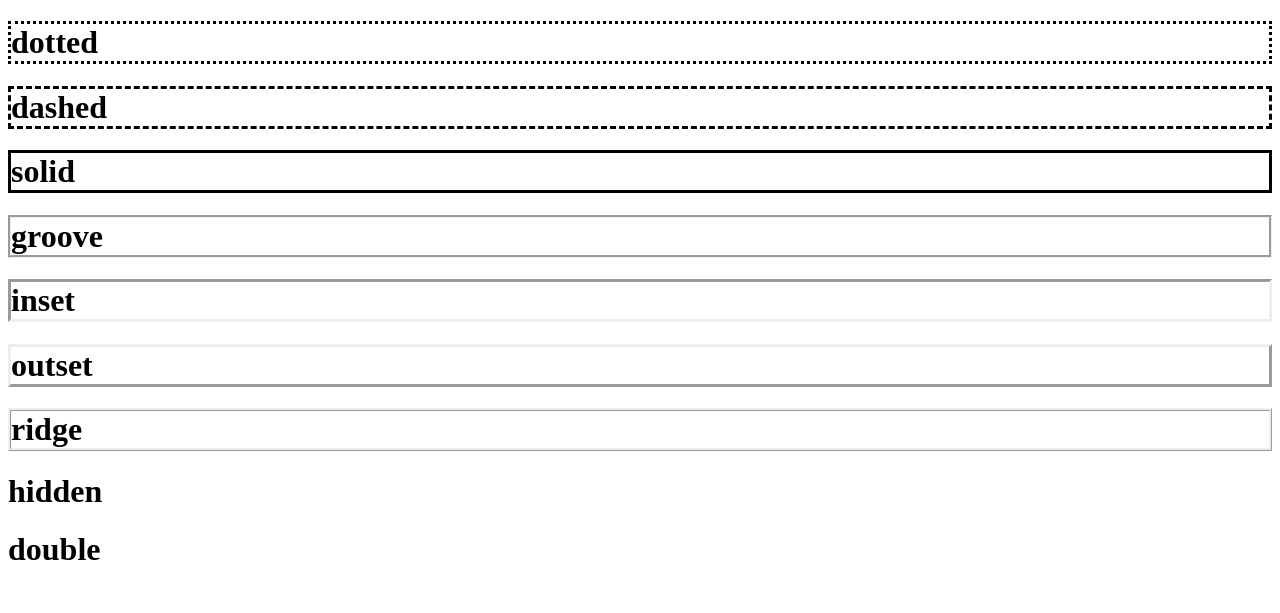
Repository: KimHeonSeung/TJE_HTML
Page: sources/day_04/WebContent/border_style.html
These files come from the project's save history. The page is drawn as it stood at one moment and after the next save; the edit follows.
The browser window is 1280 px wide. The pictures show the whole page.

Above is the page before, as saved 2019-05-15 01:21:35.

### sources/day_04/WebContent/border_style.html
<!DOCTYPE html>
<html>
<head>
<meta charset="UTF-8">
<title>Insert title here</title>
<style>
#dot {
	border-style: dotted;
}

#dash {
	border-style: dashed;
}

#solid {
	border-style: solid;
}

#groove {
	border-style: groove;
}

#inset {
	border-style: inset;
}

#outset {
	border-style: outset;
}

#ridge {
	border-style: ridge;
}

#hidden {
	border-style: hidden;
}

</style>

</head>
<body>
<h1 id = "dot" border = "5">dotted</h1>
<h1 id = "dash" border = "5">dashed</h1>
<h1 id = "solid" border = "5">solid</h1>
<h1 id = "groove" border = "5">groove</h1>
<h1 id = "inset" border = "5">inset</h1>
<h1 id = "outset" border = "5">outset</h1>
<h1 id = "ridge" border = "5">ridge</h1>
<h1 id = "hidden" border = "5">hidden</h1>
<h1 id = "double" border = "5">double</h1>


</body>
</html>

After the next save:
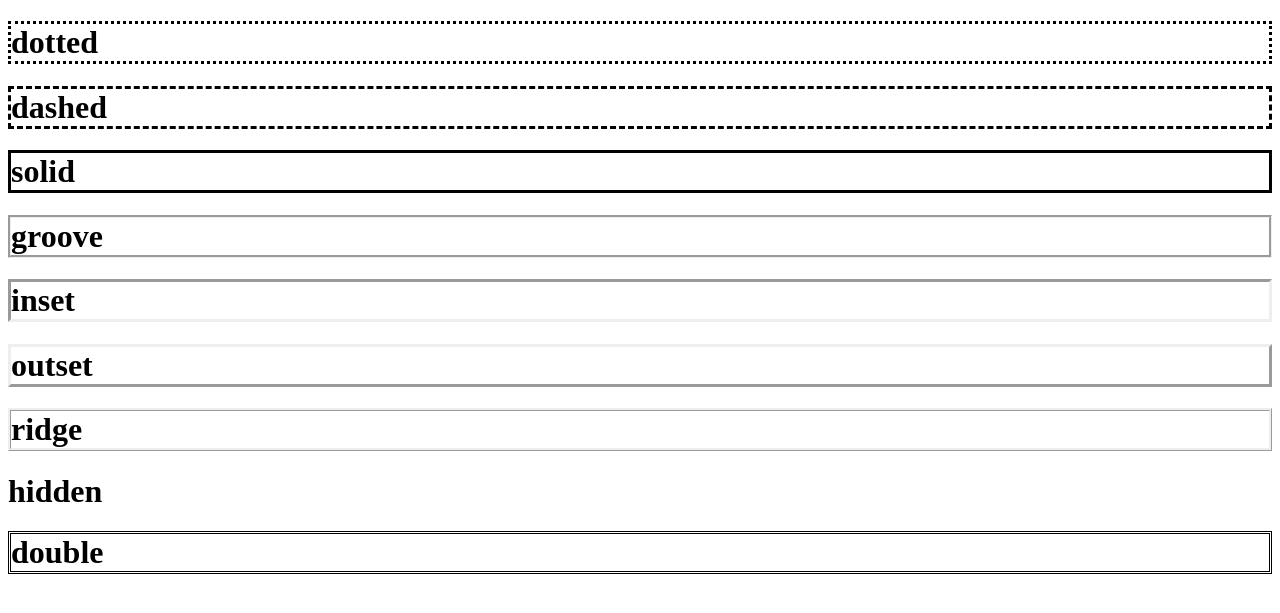
Saved 8 s later.
--- a/sources/day_04/WebContent/border_style.html
+++ b/sources/day_04/WebContent/border_style.html
@@ -36,6 +36,10 @@
 	border-style: hidden;
 }
 
+#double {
+	border-style: double;
+}
+
 </style>
 
 </head>
